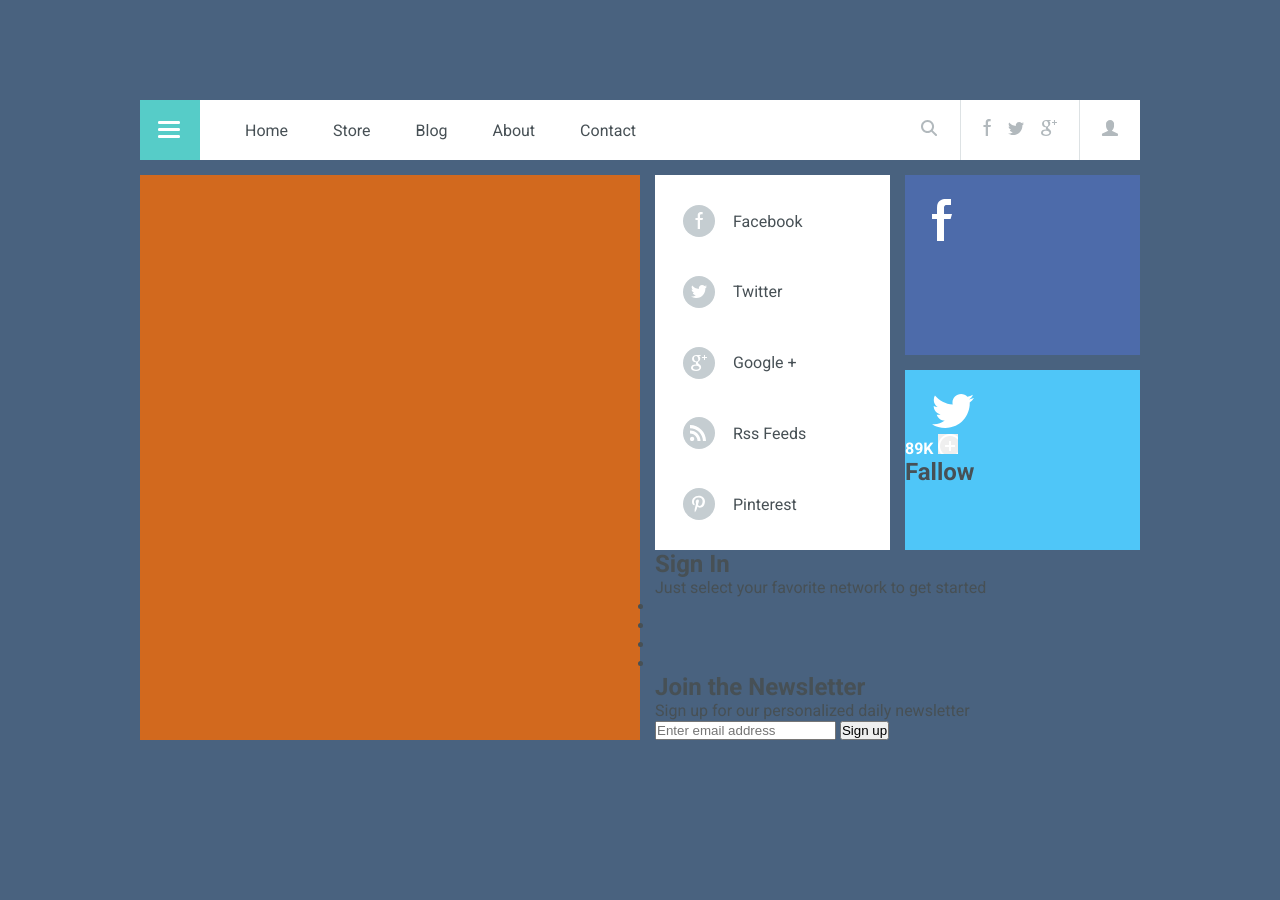
Repository: pawelczubak/WeeklyWebDevChallenge
Page: Challenge_4/index.html
These files come from the project's save history. The page is drawn as it stood at one moment and after the next save; the edit follows.
The browser window is 1280 px wide. The pictures show the whole page.
Some web libraries are served in a nearby version.

Above is the page before, as saved 2020-04-27 22:21:05.

After the next save:
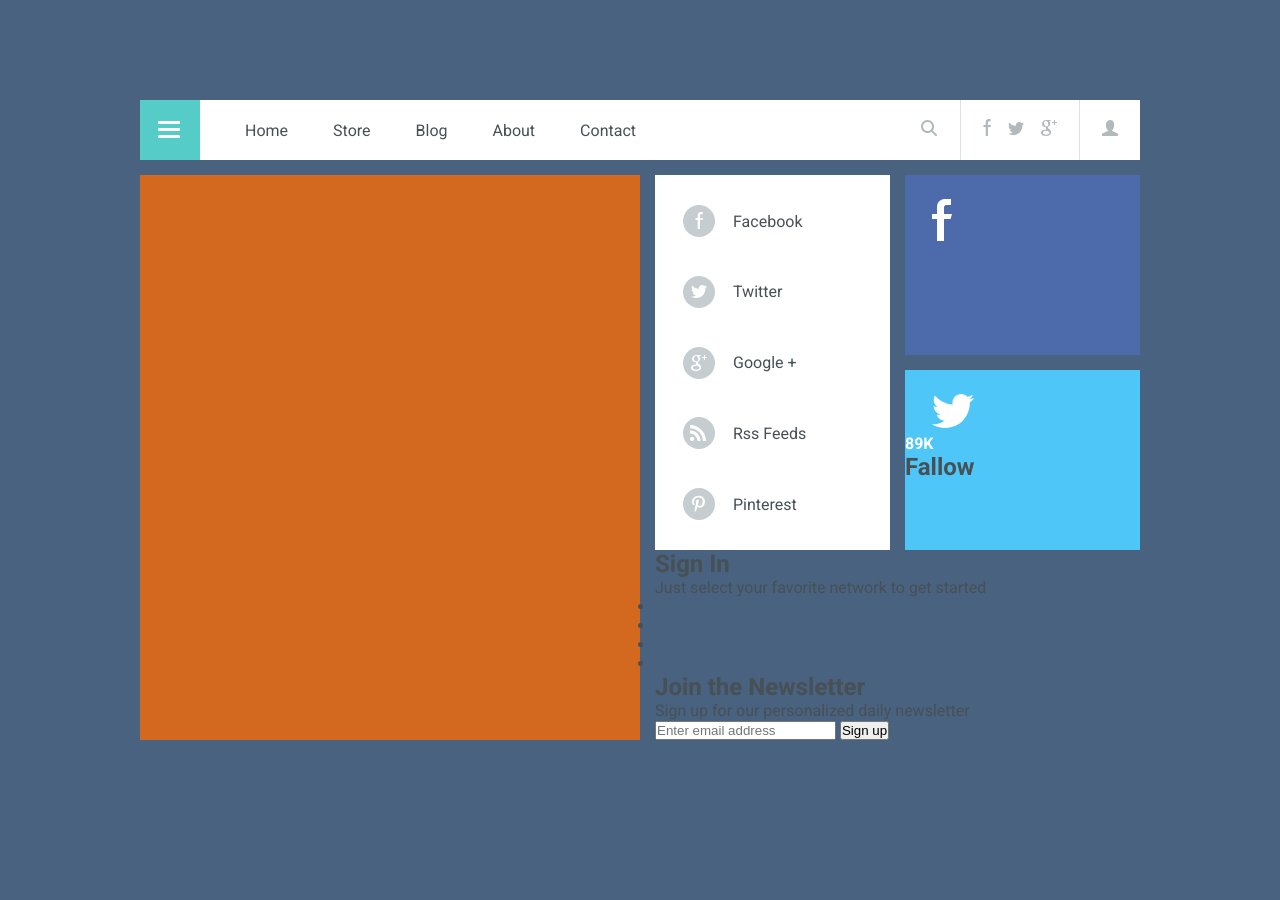
Saved 55 s later.
--- a/Challenge_4/css/main.css
+++ b/Challenge_4/css/main.css
@@ -228,8 +228,7 @@ body {
 
 
 .test__button {
-    height: 20px;
-    width: 20px;
+
     border: none;
     background-image: url(../img/follow-img.png);
 }
